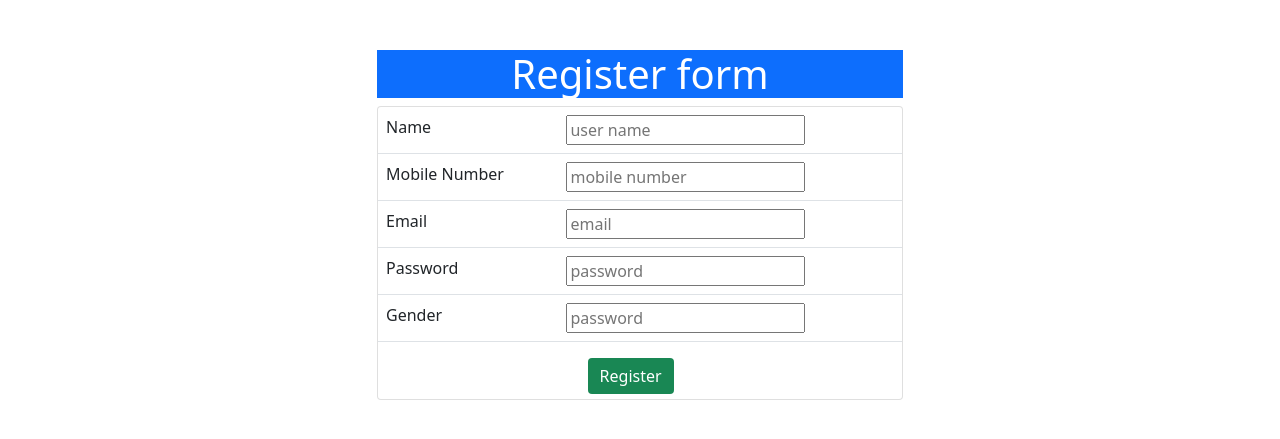
Repository: Hari-mani-don/JavaDynamicProjectWorkspace
Page: AddUpdateDelete/src/main/webapp/registerForm.html
The author's editor kept a copy of each file at every save. The page is drawn from the files as they stood at one save, then again after the next save.
The browser window is 1280 px wide. The pictures show the whole page.

Above is the page before, as saved 2024-05-11 19:08:04.

After the next save:
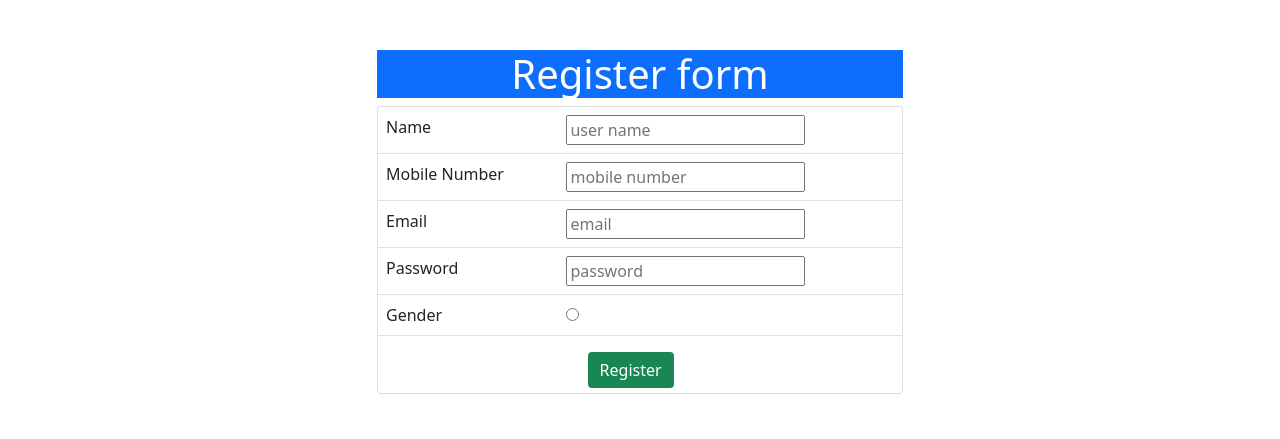
Saved 5 s later.
--- a/AddUpdateDelete/src/main/webapp/registerForm.html
+++ b/AddUpdateDelete/src/main/webapp/registerForm.html
@@ -35,7 +35,7 @@
 				</tr>
 				<tr>
 					<td>Gender</td>
-					<td><input type="password" id="password"
+					<td><input type="radio" id="password"
 						name="registerPassword" placeholder="password"></td>
 				</tr>
 
